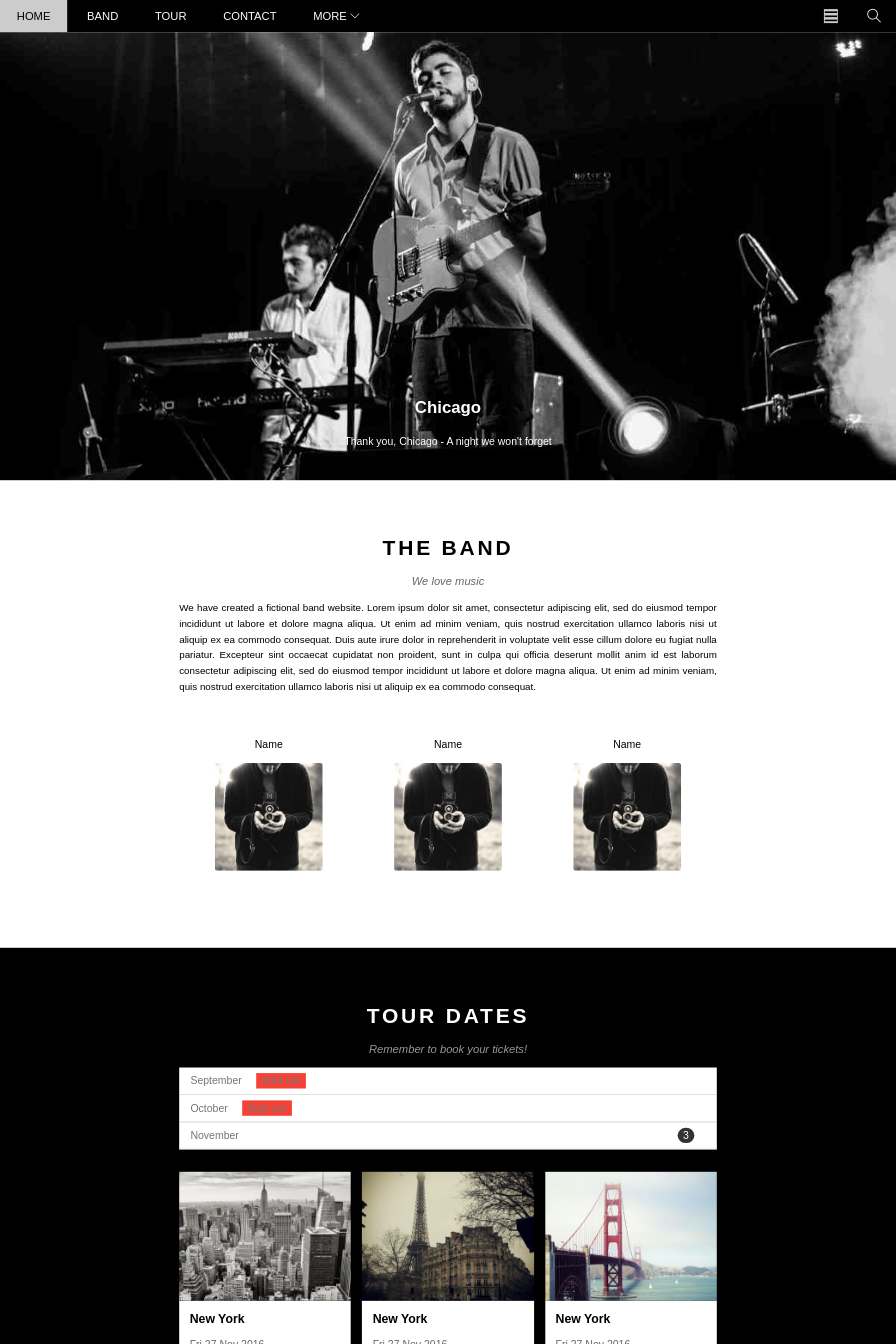
Repository: Bakyproit/the-Band
Page: index.html
An editor plug-in stored every save of this project. The page is shown before and after a run of saves, followed by the edit.
The browser window is 1280 px wide. The pictures show the part of the page from y = 0 to 1920 px (the page is 3522 px tall), at 70% of full size.
The pointer rests on the first visible `#header .mobile-menu-btn`.

Above is the page before, as saved 2022-01-03 16:41:09.

### index.html
<!DOCTYPE html>
<html lang="en">
<head>
    <meta charset="UTF-8">
    <meta http-equiv="X-UA-Compatible" content="IE=edge">
    <meta name="viewport" content="width=device-width, initial-scale=1.0">
    <link rel="stylesheet" href="./assets/fonts/themify-icons/themify-icons.css">
    <link rel="stylesheet" href="./assets/css/style.css">
    <link rel="stylesheet" href="./assets/css/reponsive.css">
    <title>The-Band</title>
</head>
<body>

    <div id="main">
        <!-- begin header   -->
        <div id="header">
            <!-- Begin : Nav -->
            <ul id="nav">
                <li>
                    <a href="#">Home</a>
                </li>
                <li><a href="#band">Band</a></li>
                <li><a href="#tour">Tour</a></li>
                <li><a href="#contact">Contact</a></li>
                <li>
                    <a href="#">
                        More
                        <i class="nav-arrow-down ti-angle-down"></i>

                    </a>
                    <ul class="subnav">
                        <li><a href="#">Merchandise</a></li>
                        <li><a href="#">Extras</a></li>
                        <li><a href="#">Media</a></li>
                    </ul>
                </li>
            </ul>
            <!-- End : Nav -->
            <!-- Begin : Search button -->
            <div class="search-btn">
                <i class="search-icon ti-search"></i>
            </div>
            <div class="mobile-menu-btn">
                <i class="menu-icon ti-menu"></i>
            </div>
            <!-- End : Search button-->


        </div>
        <!-- end header     -->
        <!-- Begin slider== -->
        <div id="slider">
            <div class="text-content">
                <h2 class="text-heading">Chicago</h2>
                <div class="text-description">Thank you, Chicago - A night we won't forget</div>
            </div>

        </div>
        <!-- End slider    -->
        <!-- Begin content -->
        <div id="content">
        <!-- The- band -->
            <div id ="band" class="content-section">
                <h2 class="section-heading">THE BAND</h2>
                <p class="section-sub-heading">We love music</p>
                <p class="about-text">We have created a fictional band website. Lorem ipsum dolor sit amet, consectetur adipiscing elit, sed do eiusmod tempor incididunt ut labore et dolore magna aliqua. Ut enim ad minim veniam, quis nostrud exercitation ullamco laboris nisi ut aliquip ex ea commodo consequat. Duis aute irure dolor in reprehenderit in voluptate velit esse cillum dolore eu fugiat nulla pariatur. Excepteur sint occaecat cupidatat non proident, sunt in culpa qui officia deserunt mollit anim id est laborum consectetur adipiscing elit, sed do eiusmod tempor incididunt ut labore et dolore magna aliqua. Ut enim ad minim veniam, quis nostrud exercitation ullamco laboris nisi ut aliquip ex ea commodo consequat.</p>
                <div class="member-list">
                    <div class=" col-third">
                        <p class="member-name">Name</p>
                        <img src="/assets/img/bandmember.jpg" alt="" class="member-img">
                    </div>
                    <div class="col-third">
                        <p class="member-name">Name</p>
                        <img src="/assets/img/bandmember.jpg" alt="" class="member-img">
                    </div>
                    <div class=" col-third">
                        <p class="member-name">Name</p>
                        <img src="/assets/img/bandmember.jpg" alt="" class="member-img">
                    </div>

                </div>

            </div>
        <!-- Tour -->
            <div id ="tour" class="tour-section">
                <div class="content-section ">
                    <h2 class="section-heading text-white">TOUR DATES</h2>
                    <p class="section-sub-heading text-white">Remember to book your tickets!</p>
                    <ul class="tickets-list">
                        <li>
                            September
                            <span class="sold-out">Sold out</span>
                        </li>
                        <li>
                            October
                            <span class="sold-out" >Sold out</span>
                        </li>
                        <li>
                            November
                            <span class="quantity" >3</span>
                        </li>
                    </ul>
                    <!-- places - list -->
                    <div class="places-list row">
                        <div class="places-item  col col-third">
                            <img src="/assets/img/play/play1.jpg" alt="" class="places-img">
                            <div class="places-content">
                                <h3 class="places-name">New York</h3>
                                <p class="places-time">Fri 27 Nov 2016</p>
                                <p class="places-title">Praesent tincidunt sed tellus ut rutrum sed vitae justo.</p>
                                <button  class="btn js-buy-tickets ">Buy tickets</button>
                            </div>
                        </div>
                        <div class="places-item  col col-third ">
                            <img src="/assets/img/play/play2.jpg" alt="" class="places-img">
                            <div class="places-content">
                                <h3 class="places-name">New York</h3>
                                <p class="places-time">Fri 27 Nov 2016</p>
                                <p class="places-title">Praesent tincidunt sed tellus ut rutrum sed vitae justo.</p>
                                <button  class="btn js-buy-tickets ">Buy tickets</button>
                            </div>
                        </div>
                        <div class="places-item  col col-third">
                            <img src="/assets/img/play/play3.jpg" alt="" class="places-img">
                            <div class="places-content">
                                <h3 class="places-name">New York</h3>
                                <p class="places-time">Fri 27 Nov 2016</p>
                                <p class="places-title">Praesent tincidunt sed tellus ut rutrum sed vitae justo.</p>
                                <button  class="btn js-buy-tickets ">Buy tickets</button>
                            </div>
                        </div>
                    </div>
                </div>
            </div>
        <!--    Contact -->
            <div id ="contact" class="content-section">
                <h2 class="section-heading ">CONTACT</h2>
                <p class="section-sub-heading ">Fan? Drop a note!</p>
                <!-- contact - content -->
                <div class="row contact-content">
                    <div class="col col-half contact-info">
                        <p><i class="ti-location-pin"></i>Chicago, US</p>
                        <p><i class="ti-mobile"></i>Phone: +00 151515</p>
                        <p><i class="ti-email"></i>Email: mail@mail.com</p>
                    </div>
                    <div class="col col-half contact-form">
                        <form action="">
                            <div class="row">
                                <div class="col col-half">
                                    <input type="text" name="" placeholder="Name" required id="" class="form-control">
                                </div>
                                <div class="col col-half">
                                    <input type="email" name="" placeholder="Email" required  id="" class="form-control">
                                </div>
                            </div>

                            <div class="row ">
                                <div class="col col-full">
                                    <input type="text" name="" placeholder="Message" required id="" class="form-control">
                                </div>
                            </div>
                            <input type="submit" value="SEND" class="btn pull-right">
                        </form>
                    </div>
                </div>
            </div>
        <!-- map -->
            <div class="map-section">
                <img src="./assets/img/map.jpg" alt="Map">
            </div>

        </div>
        <!-- End content -->
        <!-- Begin footer -->
        <div id="footer">
            <div class="social-list">
                <a href=""><i class="ti-facebook"></i></a>
                <a href=""><i class="ti-facebook"></i></a>
                <a href=""><i class="ti-facebook"></i></a>
                <a href=""><i class="ti-facebook"></i></a>
                <a href=""><i class="ti-facebook"></i></a>
                <a href=""><i class="ti-facebook"></i></a>
            </div>
            <p class="copy-right">Powered by <a href="">w3.css</a></p>
        </div>
        <!-- end-footer -->
        <!-- modal -->
        <div class="modal js-modal">
            <div class="modal-container js-modal-container">
                <div class="modal-close js-modal-close">
                    <i class="ti-close"></i>
                </div>
                <!-- header -->
                <header class="modal-header">
                    <i class="ti-bag"></i>
                    Tickets
                </header>
                <!-- body -->
                <div class="modal-body">
                    <label for="ticket-quantity" class="model-label">
                        <i class="ti-shopping-cart"></i>
                        Tickets, $15 per person
                    </label>
                    <input id="ticket-quantity" type="text" class="modal-input" placeholder="Howmany ?">


                    <label for="ticket-email" class="model-label">
                        <i class="ti-user"></i>
                        Send To
                    </label>
                    <input id= "ticket-email" type="text" class="modal-input" placeholder="Enter email ?">

                    <button class="buy-tickets">
                        Pay
                        <i class="ti-check"></i>
                    </button>
                </div>
                <footer class="modal-footer">
                    <p class="modal-help">Need <a href="">help?</a></p>
                </footer>
            </div>
        </div>
        <!-- end modal -->
        <!-- javascript -->
        <script>
            const buyBtns = document.querySelectorAll('.js-buy-tickets')
            const modal = document.querySelector('.js-modal')
            const modalClose = document.querySelector('.js-modal-close')
            const modalContainer =document.querySelector('.js-modal-container')
            function buyTickets(){
                modal.classList.add('open')
            }
            function hiddenBuyTickets(){
                modal.classList.remove('open')
            }


            for(const buyBtn of buyBtns){
                buyBtn.addEventListener('click' ,buyTickets )
            }
            modalClose.addEventListener('click' , hiddenBuyTickets)
            modal.addEventListener('click' , hiddenBuyTickets)
            modalContainer.addEventListener('click' , function (event){
                event.stopPropagation()
            })

        </script>
        <!-- javascript -->
    </div>
</body>
</html>



<!-- hang row -->

### assets/css/style.css
/*
Reset css
*/
*{
    padding: 0;
    margin:  0;
    box-sizing: border-box;
}
html {
    font-family: Arial, Helvetica, sans-serif;
    scroll-behavior: smooth;
}
#main {

}
.text-white{
    color:#fff !important;
}
.btn{
    display: inline-block;
    text-decoration: none;
    padding: 8px 16px;
    color: #fff;
    background-color: #000;
    border : none  ;
}
.btn:hover{
    color: #000!important;
    background-color: #ccc!important;
    cursor: pointer;
}

.pull-right{
    float: right !important ;
}
.flex{
    display: flex;
}

.row {
    display: flex;
    margin-left: -8px;
    margin-right: -8px;
}
.col {
    padding-left: 8px;
    padding-right: 8px;
}
.col-third{
    width: 33.33333%;
}
.col-half{
    width: 50%;
}
.col-full{
    width: 100%;
}
/* =====header===== */
#header {
    height: 46px;
    background-color: #000;
    position: fixed;
    top : 0 ;
    right: 0;
    left : 0;
    z-index: 1;
    overflow: hidden;
}
#nav{
    display: inline-block;
}
#nav,.subnav {
    list-style-type: none;

}
/* nav */
#nav > li{
    display: inline-block;
    position: relative;

}
#nav li a{
    display: inline-block;
    color : #fff ;
    text-decoration: none;
    line-height: 46px;
    padding: 0px 24px;
    text-transform: uppercase;
}
#nav > li:hover > a,
#nav .subnav li:hover a{
    color : #000 ;
    background-color: #ccc;
}
/*     subnav */
#nav .subnav{
    display: none;
    position: absolute;
    top:100% ;
    background-color: #fff;
    /* bong do */
    box-shadow: 0 0 10px rgba(0, 0, 0,0.5) ;
    min-width: 160px;
}
#nav li:hover .subnav {
    display: block ;
}

#nav .subnav  a{
    display:  block;
    color: #000;
    padding: 0 12px;
    line-height: 38px;
}
#nav .nav-arrow-down{
    font-size: 14px;
}
.mobile-menu-btn,
#header .search-btn{
    float: right;
    padding: 0 21px;
}

#header .search-btn:hover{
    cursor: pointer;
    background-color:#f44336 ;
}
#header .mobile-menu-btn:hover .menu-icon{
    background-color:#ccc ;
    color: #000 ;
}
#header .menu-icon ,
#header .search-icon{
    color : #fff ;
    font-size: 20px;
    line-height: 46px;
}


/* ====end header=======                 */
/*      Begin slider                     */
#slider {
    margin-top: 46px;
    padding-top:50%;
    /* luon bang 50% chieu rong */
    background: url('/assets/img/slider/slider1.jpg') top center / cover no-repeat;
    position: relative;
}
#slider .text-content{
    position: absolute;
    bottom: 48px;
    left:50%;
    color:#fff ;
    transform: translateX(-50%);
    text-align: center;

}
#slider .text-heading{
    margin:  0 0 25px 0 ;
    font-weight: 500px;
    font-size: 24px;
}
#slider .text-description{
    font-size: 15px;
}
/*    End slider                     */
/*    Begin content                  */
#content {
    color : #000 ;
}
#content .content-section{
    width: 800px;
    max-width: 100%;
    margin-left: auto;
    margin-right: auto;
    padding: 64px 16px;

}
#content .section-heading{
    margin: 10px 0;
    font-size: 30px;
    text-align: center;
    font-weight: 400px;
    letter-spacing: 4px;
    line-height: 45px;
}
#content .section-sub-heading{
    margin:15px 0 ;
    text-align: center;
    font-style: italic;
    opacity: 0.6;
    line-height: 22px;
}
/*             About                   */
#content .about-text{
    margin: 15px 0 ;
    font-size: 14px;
    text-align: justify ;
    line-height: 1.6;

}
#content .member-list{
    padding: 32px 0 ;
    display: flex;
    text-align: center;
}

#content  .member-name{
    margin: 15px 0;
    font-size: 15px;
    line-height: 22px;
}
#content  .member-img{
    margin-bottom: 10px;
    width: 154px;
    border-radius: 4px;
}

/*                   Tour                        */
.tour-section{
    background-color: black;
    color:#fff ;
}
.tour-section .tickets-list li{
    list-style: none;
    color: #757575;
    padding: 8px 16px;
    font-size: 15px;
    line-height: 22px;
    background-color: #fff;
    border-bottom: 1px solid #ddd;
}
.tour-section  .sold-out{
    display: inline-block;
    background-color: #f44336;
    padding: 0 8px;
    margin-left:16px;
}
.tour-section .quantity{
    display: inline-block;
    padding: 0 8px;
    margin-right: 16px;
    background-color: #333;
    color:#fff ;
    border-radius: 50%;
    float: right;
}

.places-list{
    color: #000;
    font-size: 15px;
    padding: 32px 0 ;
}
.places-item{
    margin-bottom: 16px;
}

.places-img{
    width: 100%;
    display: block;
}
.places-img:hover{
    opacity: 0.6;
}
.places-content{
    padding: 15px;
    line-height: 22px;
    background-color: #fff;
}
.places-name{
}
.places-time{
    margin-top: 15px ;
    opacity: 0.6;
}
.places-title{
    margin: 15px 0 ;
    line-height: 1.5;
}




/*                  contact            */

.contact-content{
    padding-bottom: 32px  ;
    padding-top: 32px;
}
.contact-info{
    font-size: 18px;
    line-height: 1.5;
}
.contact-info i[class*="ti-"]{
    display: inline-block;
    width: 30px;

}

.contact-form .form-control{
    font-size: 15px;
    padding: 10px ;
    border : 1px solid #ccc ;
    width: 100%;
    margin-bottom: 10px;
}
/*                      Map-section                        */
.map-section img {
    width: 100%;
}


/*                      end content                 */
/*                      Begin footer                */

#footer {
    padding: 64px 16px;
    text-align: center;
}
#footer .social-list{
    font-size: 24px;

}
#footer .social-list a {
    text-decoration: none;
    color: rgba(0, 0, 0,0.6);

}
#footer .social-list a:hover{
    color: rgba(0, 0, 0,0.4);
}
#footer .copy-right{
    margin: 15px  0 ;
    color: rgba(0, 0, 0,0.6);
}
#footer .copy-right a{
    color: rgba(0, 0, 0,0.6);
}
/*                         end footer                */
/*                         modal                   */
.modal{
    position: fixed;
    top:0;
    right: 0 ;
    bottom: 0;
    left: 0;
    background: rgba(0,0,0,0.4);
    align-items: center;
    justify-content: center;
    display: none;
}
.modal.open{
    display: flex;
}
.modal-container{
    background-color: #fff;
    width: 900px;
    min-height: 300px;
    position: relative;
    animation: modalFaceIn ease .6s;
}
.modal-close {
    position: absolute;
    top: 0;
    right: 0;
    padding: 8px 16px;
    line-height: 36px;
    color:#fff ;
}
.modal-close:hover{
    color:#000 ;
    background: #ccc;
    opacity: 0.6;
}
.modal-header{
    background-color: #009688;
    height: 130px;
    font-size: 30px ;
    color:#fff ;
    display: flex;
    align-items: center;
    justify-content: center;
    padding: 32px 16px;
}
.modal-header i {
    margin-right: 20px;
}
.modal-body{
    padding: 0 16px ;
    margin-top: 15px;
}
.model-label{
    display: block;
    font-size: 15px;
    color: #000;
    padding: 2.5px 0;

}
.modal-input {
    padding: 11.5px 8px;
    border : 1px solid #ccc ;
    width: 100%;
    margin: 15px 0;
}

.buy-tickets{
    background-color: #009688;
    padding:18.5px 16px;
    margin-bottom: 16px;
    width: 100%;
    font-size: 15px;
    border :0 ;
}

.buy-tickets:hover{
    color:#000 ;
    background: #ccc;
}


.modal-footer{
    display: inline-block;
    margin: 15px 0;
    padding: 2.5px 16px ;
    font-size: 15px;
    float: right;
}
.modal-footer .modal-help{
}
.modal-footer a{
    color :#2196F3 ;
}



@keyframes modalFaceIn{

    from{
        opacity: 0;
        transform: translateY(-140px);
    }
    to{
        opacity: 1;
        transform: translateY(0);
    }
}

### assets/css/reponsive.css


/* mobile */
@media (max-width:739px) {
    #nav > li{
        display: block;
    }
    #header .search-btn{
        display: none;
    }
}

/* tablet */
@media (min-width:740px) and (max-width:1023px) {

}

/* PC */
@media (min-width:1024px) {

}

Loaded but not shown: assets/fonts/themify-icons/themify-icons.css (common file)

After the next 2 saves:
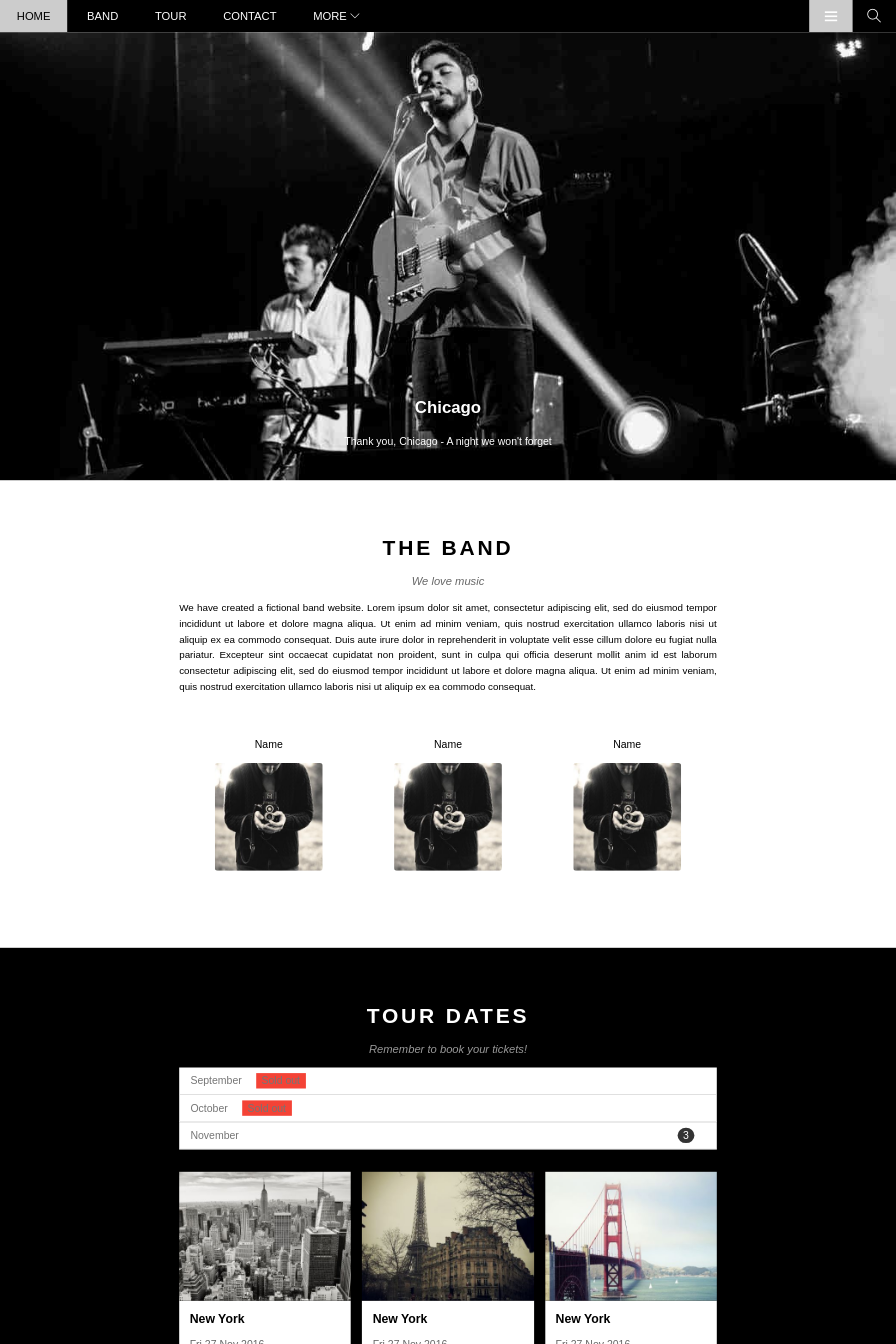
The 2 saves are shown as one change because they came seconds apart.
The last was saved 39 s later.
--- a/assets/css/style.css
+++ b/assets/css/style.css
@@ -125,10 +125,11 @@
     cursor: pointer;
     background-color:#f44336 ;
 }
-#header .mobile-menu-btn:hover .menu-icon{
+#header .mobile-menu-btn:hover {
     background-color:#ccc ;
     color: #000 ;
 }
+
 #header .menu-icon ,
 #header .search-icon{
     color : #fff ;
